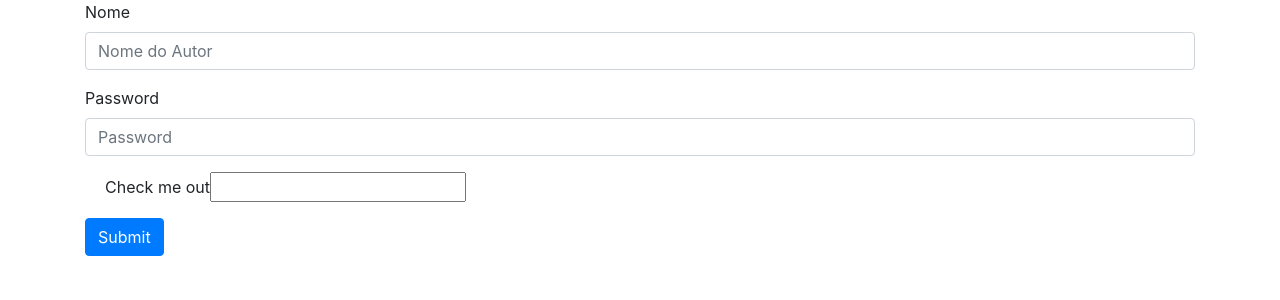
Repository: wellersonfc/simple-crud-react
Page: /
The author's editor kept a copy of each file at every save. The page is drawn from the files as they stood at one save, then again after the next save.
The browser window is 1280 px wide. The pictures show the whole page.
The project was rebuilt for these pictures with package versions that can differ from the ones it lists, and the page was loaded fresh each time.

Above is the page before, as saved 2019-09-22 15:24:49.

### src/App.js
import React from 'react';
import logo from './logo.svg';
import 'bootstrap/dist/css/bootstrap.min.css';
function App() {
  return (
    <div className="App">
      <div className="container">
        <div className="form-autor">
          <form>
            <div class="form-group">
              <label for="exampleInputEmail1">Nome</label>
              <input id="nome" class="form-control" type="text" name="nome" value=""  placeholder="Nome do Autor"/>
            </div>
            <div class="form-group">
              <label for="exampleInputPassword1">Password</label>
              <input type="password" class="form-control" id="exampleInputPassword1" placeholder="Password"/>
            </div>
            <div class="form-group form-check">
            <label class="form-check-label" for="exampleCheck1">Check me out</label>
              <input id="email" type="email" name="email" value=""  />
            </div>
            <button type="submit" class="btn btn-primary">Submit</button>
        </form>
        </div>
      </div>
    </div>
  );
}

export default App;

Loaded but not shown: public/index.html (common file); src/index.js (common file); src/index.css (common file); src/serviceWorker.js (common file)

After the next save:
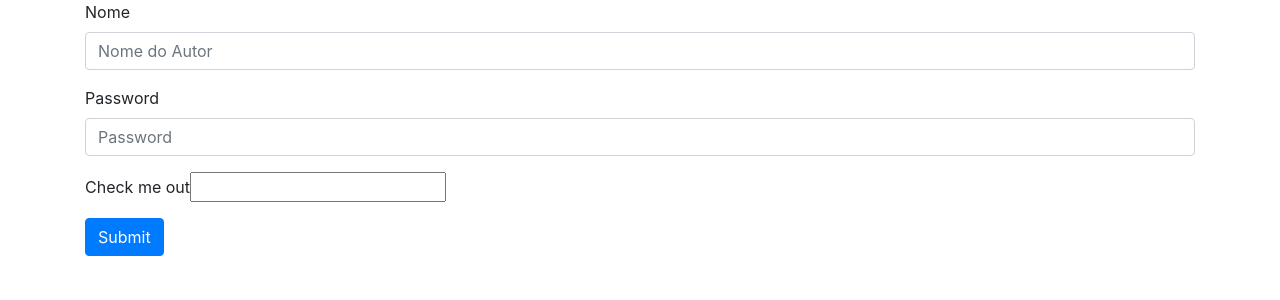
Saved 6 s later.
--- a/src/App.js
+++ b/src/App.js
@@ -15,8 +15,8 @@ function App() {
               <label for="exampleInputPassword1">Password</label>
               <input type="password" class="form-control" id="exampleInputPassword1" placeholder="Password"/>
             </div>
-            <div class="form-group form-check">
-            <label class="form-check-label" for="exampleCheck1">Check me out</label>
+            <div class="form-group">
+              <label class="form-check-label" for="exampleCheck1">Check me out</label>
               <input id="email" type="email" name="email" value=""  />
             </div>
             <button type="submit" class="btn btn-primary">Submit</button>
